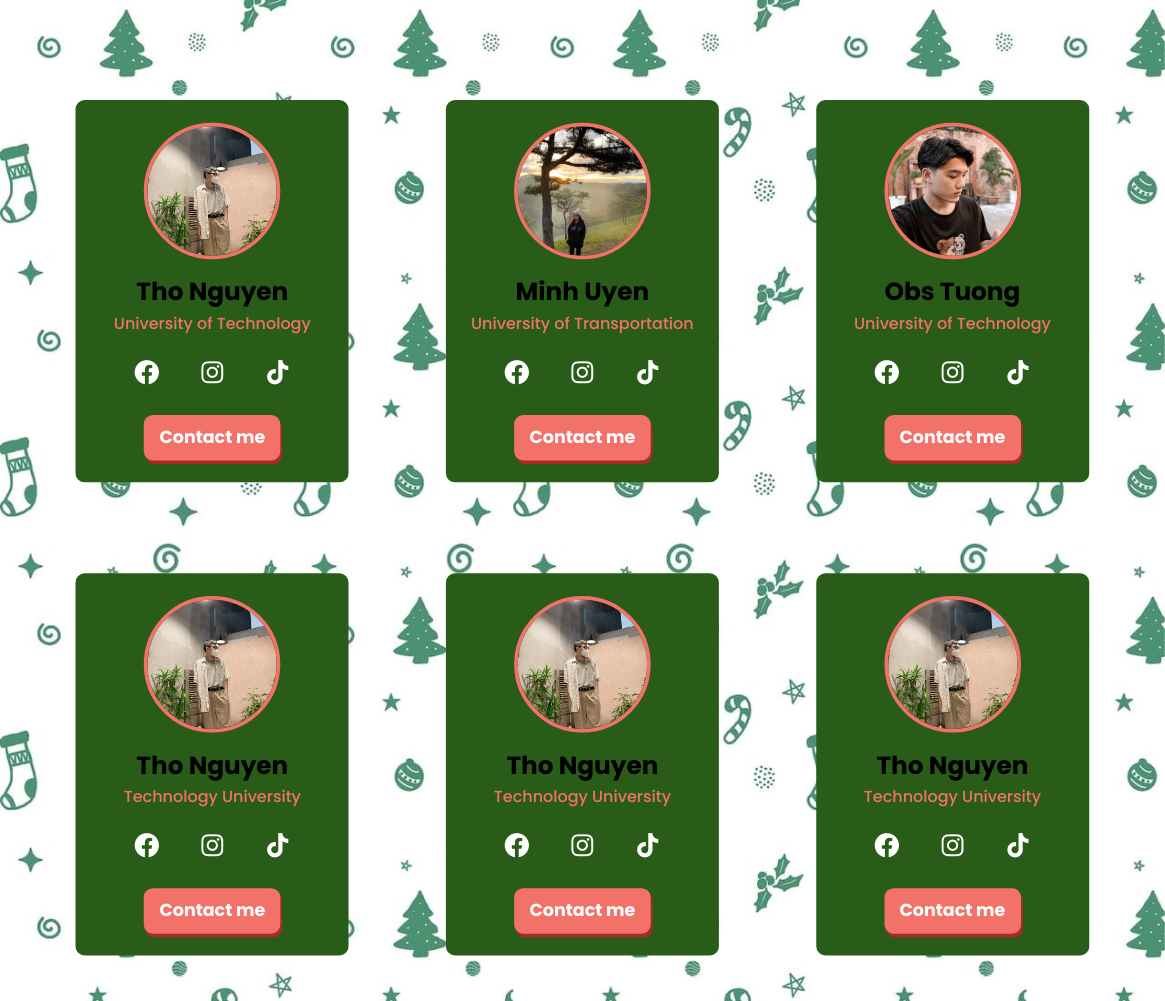
Repository: lausamtuong/profileCard
Page: index.html
The author's editor kept a copy of each file at every save. The page is drawn from the files as they stood at one save, then again after a run of saves.
The browser window is 1280 px wide. The pictures show the whole page, at 91% of full size.
The style sheet was rebuilt from its Sass, Less or Tailwind sources for each picture, by a compiler version that may differ from the author's.

Above is the page before, as saved 2021-12-14 18:43:18.

After the next 2 saves:
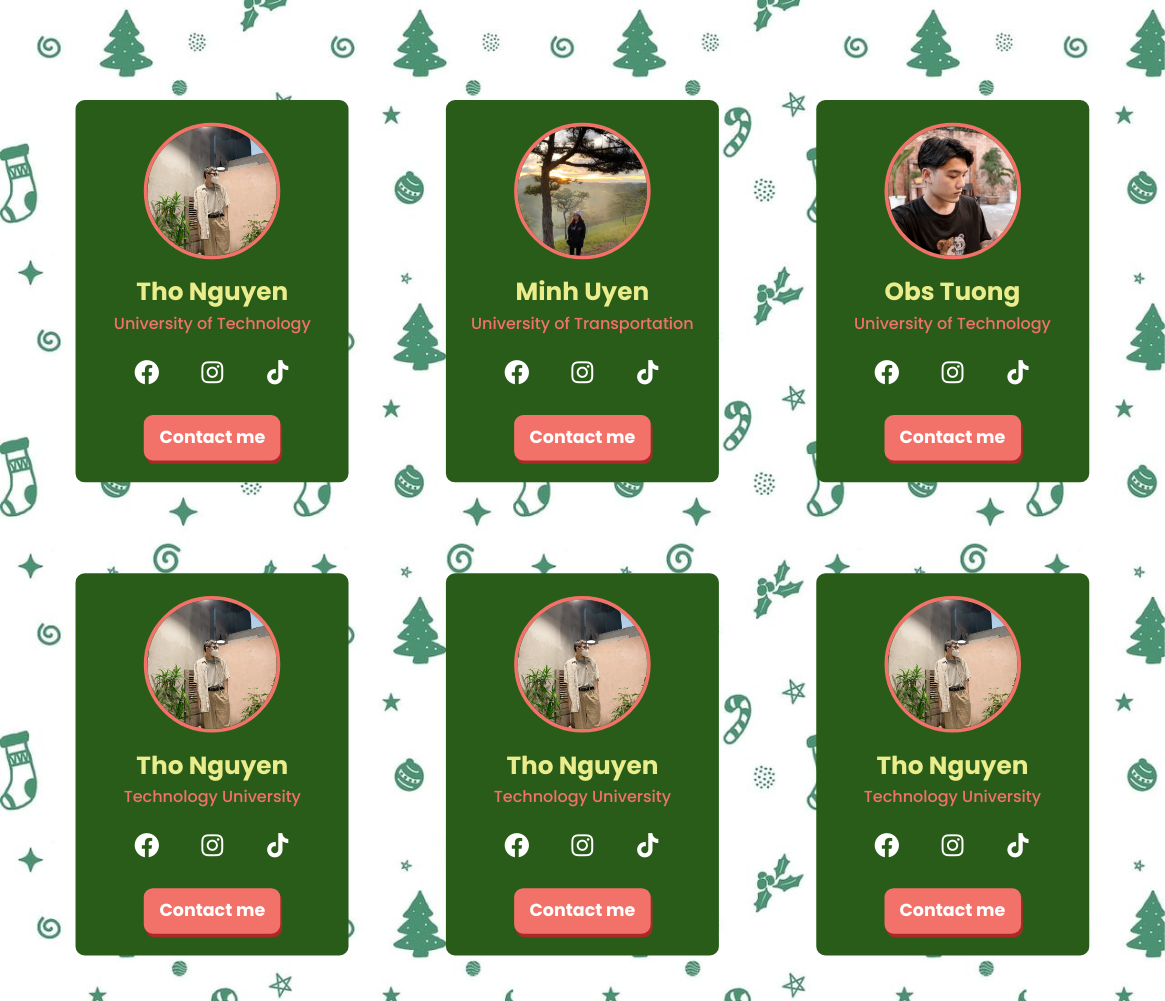
The 2 saves are shown as one change because they came seconds apart.
The last was saved 9 s later.
--- a/style.scss
+++ b/style.scss
@@ -53,7 +53,7 @@ body{
              }
         }
       &__name{
-          color:#000;
+          color:#ebed8d;
           font-weight: 700;
           font-size: 1.7rem;
           text-align: center;
